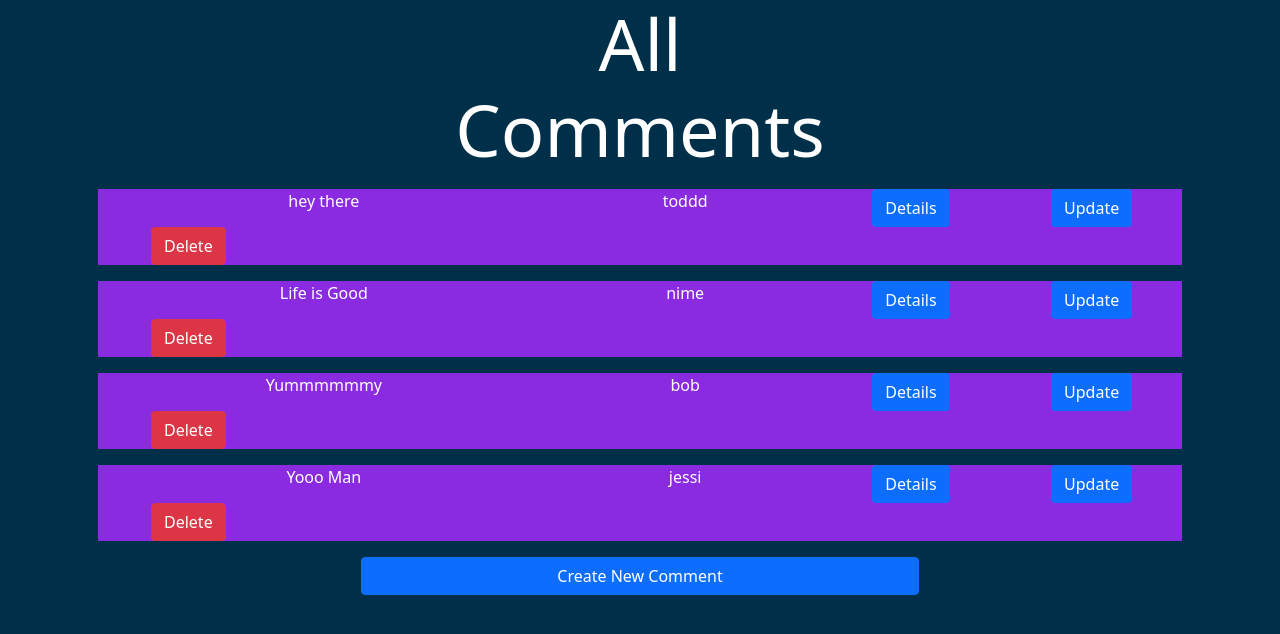
Repository: uditjain100/JavaScript-for-Web
Page: http://localhost/comments
The author's editor kept a copy of each file at every save. The page is drawn from the files as they stood at one save, then again after the next save.
The browser window is 1280 px wide. The pictures show the whole page.
The page is served by the project's Node server (17.REST/index.js).

Above is the page before, as saved 2021-01-30 02:01:34.

### 17.REST/views/home.ejs
<!DOCTYPE html>
<html lang="en">
  <head>
    <meta charset="UTF-8" />
    <meta name="viewport" content="width=device-width, initial-scale=1.0" />
    <title>All Comments</title>
    <link
      href="https://cdn.jsdelivr.net/npm/bootstrap@5.0.0-beta1/dist/css/bootstrap.min.css"
      rel="stylesheet"
      integrity="sha384-giJF6kkoqNQ00vy+HMDP7azOuL0xtbfIcaT9wjKHr8RbDVddVHyTfAAsrekwKmP1"
      crossorigin="anonymous"
    />
  </head>
  <body style="background-color: #003049; color: white">
    <div class="container">
      <h2 class="display-2 d-grid col-5 mx-auto" style="text-align: center">
        All Comments
      </h2>

      <% for(var comment of comments) { %>
      <div
        class="row mt-3 mb-3 ms-3 me-3"
        style="text-align: center; background-color: blueviolet"
        ;
      >
        <div class="col-5">
          <span><%= comment.comment %> </span>
        </div>
        <div class="col-3">
          <span><%= comment.username %> </span>
        </div>
        <div class="col-2">
          <a href="/comment/<%= comment.id %> " class="btn btn-primary"
            >Details</a
          >
        </div>
        <div class="col-2">
          <a href="/comment/<%= comment.id %>/update" class="btn btn-primary"
            >Update</a
          >
        </div>
        <div class="col-2">
          <a class="btn btn-danger">Delete</a>
        </div>
      </div>
      <% } %>
      <div class="d-grid col-6 mx-auto mt-3">
        <a href="/comment/create" class="btn btn-primary">Create New Comment</a>
      </div>
    </div>
  </body>
</html>

### 17.REST/index.js
const express = require("express");
const app = express();
const path = require("path");
const { v4: uuid } = require("uuid");

var comments = [
  { id: uuid(), username: "toddd", comment: "hey there" },
  { id: uuid(), username: "nime", comment: "Life is Good" },
  { id: uuid(), username: "bob", comment: "Yummmmmmy" },
  { id: uuid(), username: "jessi", comment: "Yooo Man" },
];

app.use(express.urlencoded({ extended: true }));
app.use(express.json());
app.set("views", path.join(__dirname, "views"));
app.set("view engine", "ejs");

app.get("/comments", (req, res) => {
  res.render("home.ejs", { comments });
});

app.get("/comment/create", (req, res) => {
  res.render("create.ejs");
});

app.post("/comments", (req, res) => {
  const { username, comment } = req.body;
  comments.push({ username, comment, id: uuid() });
  // res.render("home.ejs", { comments });
  res.redirect("/comments");
});

app.get("/comment/:id", (req, res) => {
  const { id } = req.params;
  const comment = comments.find((comment) => comment.id === id);
  res.render("details.ejs", { comment });
});

app.get("/comment/:id/update", (req, res) => {
  const { id } = req.params;
  const comment = comments.find((comment) => comment.id === id);
  console.log(comment);
  // res.render("update.ejs", { comment });
});

app.get("/tacos", (req, res) => {
  res.send("GET /tacos response");
});

app.post("/tacos", (req, res) => {
  const { author, post } = req.body;
  console.log(req.body);
  res.send("Post : " + post + "  and   author : " + author);
});

app.listen(3000, () => {
  console.log("Server got Started !!");
});

After the next save:
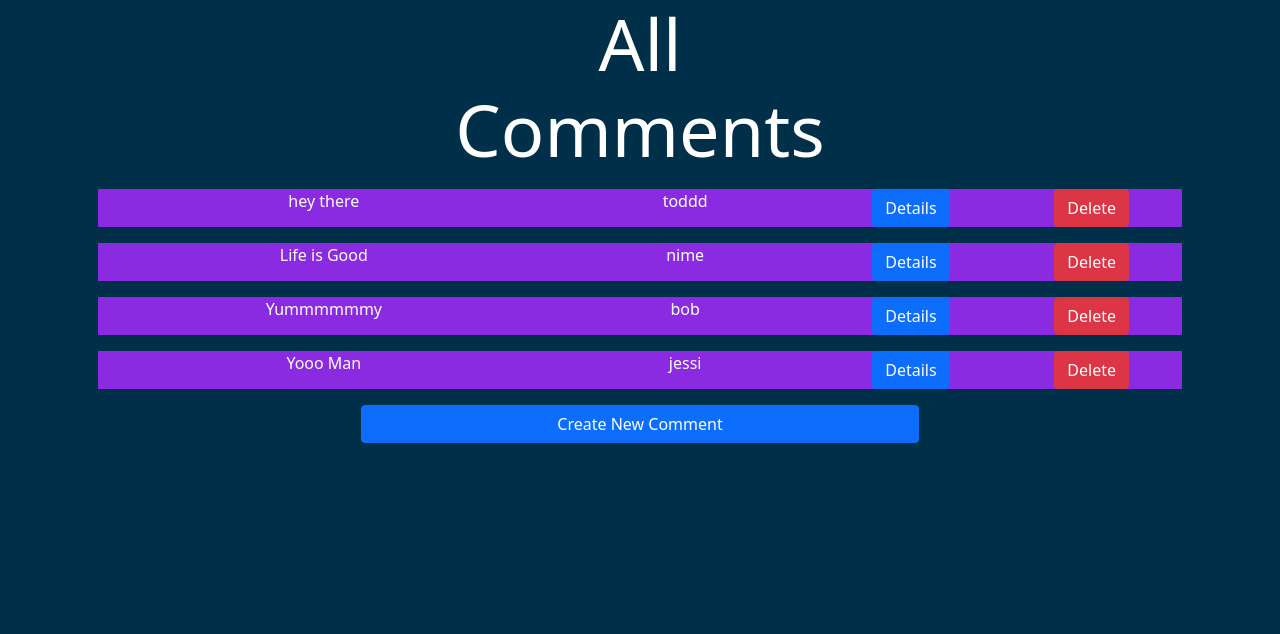
Saved 46 s later.
--- a/17.REST/views/home.ejs
+++ b/17.REST/views/home.ejs
@@ -35,11 +35,6 @@
           >
         </div>
         <div class="col-2">
-          <a href="/comment/<%= comment.id %>/update" class="btn btn-primary"
-            >Update</a
-          >
-        </div>
-        <div class="col-2">
           <a class="btn btn-danger">Delete</a>
         </div>
       </div>
